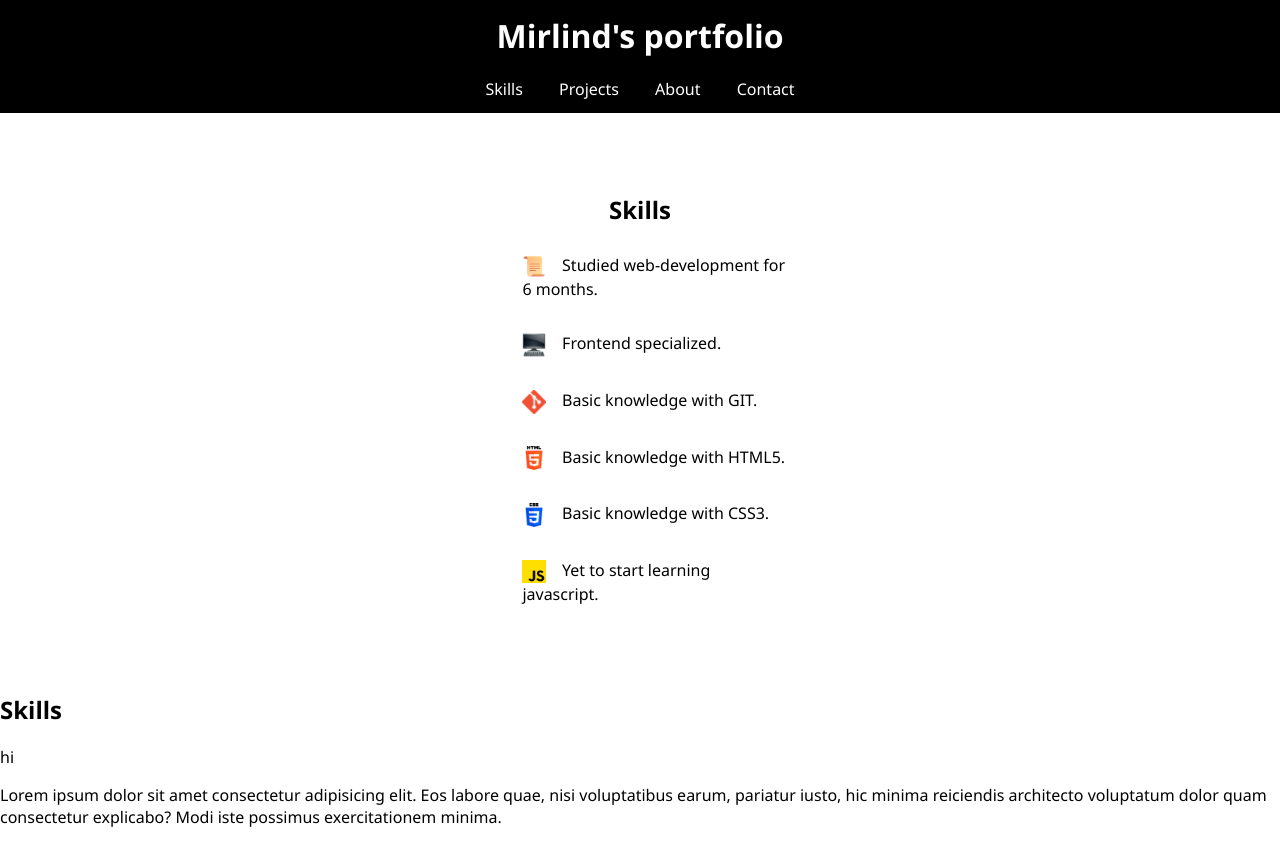
Repository: mirkbirki/mirkbirki.github.io
Page: index.html
The author's editor kept a copy of each file at every save. The page is drawn from the files as they stood at one save, then again after the next save.
The browser window is 1280 px wide. The pictures show the whole page.

Above is the page before, as saved 2022-11-23 13:04:37.

### index.html
<!DOCTYPE html>
<html lang="en">
<head>
    <meta charset="UTF-8">
    <meta http-equiv="X-UA-Compatible" content="IE=edge">
    <meta name="viewport" content="width=device-width, initial-scale=1.0">
    <title>Mirlind's portfolio</title>
    <link rel="stylesheet" href="styles.css">
</head>
<body>
    <header>
        <div class="header-bar">
            <h1>Mirlind's portfolio</h1>
            <nav>
                <ul>
                    <li><a href="#skills">Skills</a></li>
                    <li><a href="#projects">Projects</a></li>
                    <li><a href="#about">About</a></li>
                    <li><a href="#contact">Contact</a></li>
                </ul>
            </nav>
        </div>
        <div id="skills">
            <h2>Skills</h2>
            <div class="left-aligned-text">
                <p class="skills-text"><img class="img-skills" src="scroll.png" />Studied web-development for 6 months.</p>
                <p class="skills-text"><img class="img-skills" src="desktop-computer.png" />Frontend specialized.</p>
                <p class="skills-text"><img class="img-skills" src="git.png" />Basic knowledge with GIT.</p>
                <p class="skills-text"><img class="img-skills" src="html5.png" />Basic knowledge with HTML5.</p>
                <p class="skills-text"><img class="img-skills" src="css3.png" />Basic knowledge with CSS3.</p>
                <p class="skills-text"><img class="img-skills" src="js.png" />Yet to start learning javascript.</p>
            </div>
        </div>
        <div id="projects">
            <h2>Skills</h2>
            <div class="grid-container-skills">
                <div class="grid-project-1">
                    <p>hi
                    </p>
                </div>
                <div class="grid-project-2">
                    <p>Lorem ipsum dolor sit amet consectetur adipisicing elit. Eos labore quae, nisi voluptatibus earum, pariatur iusto, hic minima reiciendis
                        architecto voluptatum dolor quam consectetur explicabo? Modi iste possimus exercitationem minima.
                        </p>
                </div>
            </div>
        </div>
    </header>
</body>
</html>

### styles.css
* {
  font-family:'Segoe UI', Tahoma, Geneva, Verdana, sans-serif;
}

body {
  margin: 0;
}

/* HEADER */

.header-bar {
  width: 100%;
  height: fit-content;
  background-color: black;
  border-top: 1px solid rgb(0, 0, 0);
  text-align: center;
}

.header-bar h1 {
  color: white;
  padding: 0;
  margin-top: 0.8rem;
}

nav ul {
  list-style-type: none;
  margin: 0 auto;
  padding: 0 0 0.8rem 0;
}

nav li {
  display: inline-block;
  padding-right: 1rem;
  margin-left: 1rem;
}

nav a {
  text-decoration: none;
  color: white;
}

nav a:hover {
  color: gray;
}

/* SKILLS */

#skills {
  width: 80%;
  margin: 5rem auto;
  font-size: 16px;
}

#skills h2 {
  text-align: center;
}

.left-aligned-text {
  width: 30%;
  text-align: left;
  margin: 0 auto;
}

.skills-text {
  padding: 0.5rem;
  margin-left: 1.75rem;
}

.img-skills {
  width: 9%;
  padding-right: 1rem;
  vertical-align: middle;
}

.grid-container-projects {
  display: grid;
  grid-template-columns: auto auto;
  grid-template-rows: auto;
  text-align: center;
  height: 100%;
  margin: 0 auto;
  gap: 2em;
}

.grid-project-1 {
}

.grid-project-2 {
}

@media screen and (max-width: 340px) {
  nav li {
    padding-right: 0.5rem;
    margin-left: 0.5rem;
  }
}

After the next save:
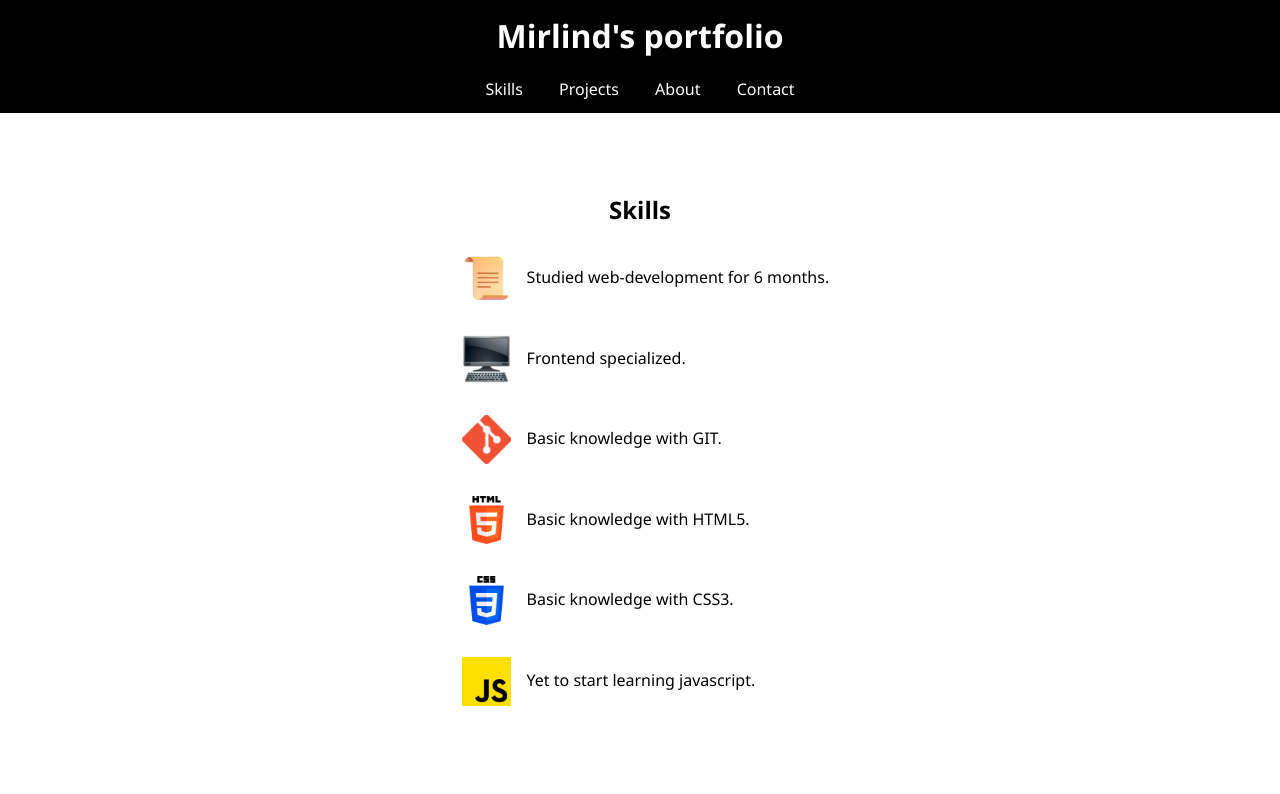
Saved 3 h 1 min later.
--- a/index.html
+++ b/index.html
@@ -20,17 +20,19 @@
                 </ul>
             </nav>
         </div>
-        <div id="skills">
-            <h2>Skills</h2>
-            <div class="left-aligned-text">
-                <p class="skills-text"><img class="img-skills" src="scroll.png" />Studied web-development for 6 months.</p>
-                <p class="skills-text"><img class="img-skills" src="desktop-computer.png" />Frontend specialized.</p>
-                <p class="skills-text"><img class="img-skills" src="git.png" />Basic knowledge with GIT.</p>
-                <p class="skills-text"><img class="img-skills" src="html5.png" />Basic knowledge with HTML5.</p>
-                <p class="skills-text"><img class="img-skills" src="css3.png" />Basic knowledge with CSS3.</p>
-                <p class="skills-text"><img class="img-skills" src="js.png" />Yet to start learning javascript.</p>
-            </div>
+    </header>
+    <div id="skills">
+        <h2>Skills</h2>
+        <div class="left-aligned-text">
+            <p class="skills-text"><img class="img-skills" src="scroll.png" />Studied web-development for 6 months.</p>
+            <p class="skills-text"><img class="img-skills" src="desktop-computer.png" />Frontend specialized.</p>
+            <p class="skills-text"><img class="img-skills" src="git.png" />Basic knowledge with GIT.</p>
+            <p class="skills-text"><img class="img-skills" src="html5.png" />Basic knowledge with HTML5.</p>
+            <p class="skills-text"><img class="img-skills" src="css3.png" />Basic knowledge with CSS3.</p>
+            <p class="skills-text"><img class="img-skills" src="js.png" />Yet to start learning javascript.</p>
         </div>
+    </div>
+        <!--
         <div id="projects">
             <h2>Skills</h2>
             <div class="grid-container-skills">
@@ -45,6 +47,6 @@
                 </div>
             </div>
         </div>
-    </header>
+        -->
 </body>
 </html>
--- a/styles.css
+++ b/styles.css
@@ -4,6 +4,7 @@
 
 body {
   margin: 0;
+  width: 100%;
 }
 
 /* HEADER */
@@ -46,7 +47,7 @@ nav a:hover {
 /* SKILLS */
 
 #skills {
-  width: 80%;
+  width: 740px;
   margin: 5rem auto;
   font-size: 16px;
 }
@@ -56,14 +57,14 @@ nav a:hover {
 }
 
 .left-aligned-text {
-  width: 30%;
+  width: 100%;
   text-align: left;
   margin: 0 auto;
 }
 
 .skills-text {
   padding: 0.5rem;
-  margin-left: 1.75rem;
+  margin-left: 11.5rem;
 }
 
 .img-skills {
@@ -71,6 +72,8 @@ nav a:hover {
   padding-right: 1rem;
   vertical-align: middle;
 }
+
+/* PROJECTS */
 
 .grid-container-projects {
   display: grid;
@@ -88,9 +91,40 @@ nav a:hover {
 .grid-project-2 {
 }
 
-@media screen and (max-width: 340px) {
+@media screen and (max-width: 750px) {
+
+  /* HEADER */
+
   nav li {
     padding-right: 0.5rem;
     margin-left: 0.5rem;
   }
+
+  /* SKILLS */
+
+  #skills {
+    width: 500px;
+    margin-top: 1.5rem;
+  }
+
+  .skills-text {
+    padding: 0.5rem;
+    margin-left: 4.5rem;
+  }
+
 }
+
+@media screen and (max-width: 520px) {
+
+  /* SKILLS */
+
+  #skills {
+    width: 300px;
+    margin-top: 2rem;
+  }
+
+  .skills-text {
+    margin-left: 0.5rem;
+  }
+
+}
